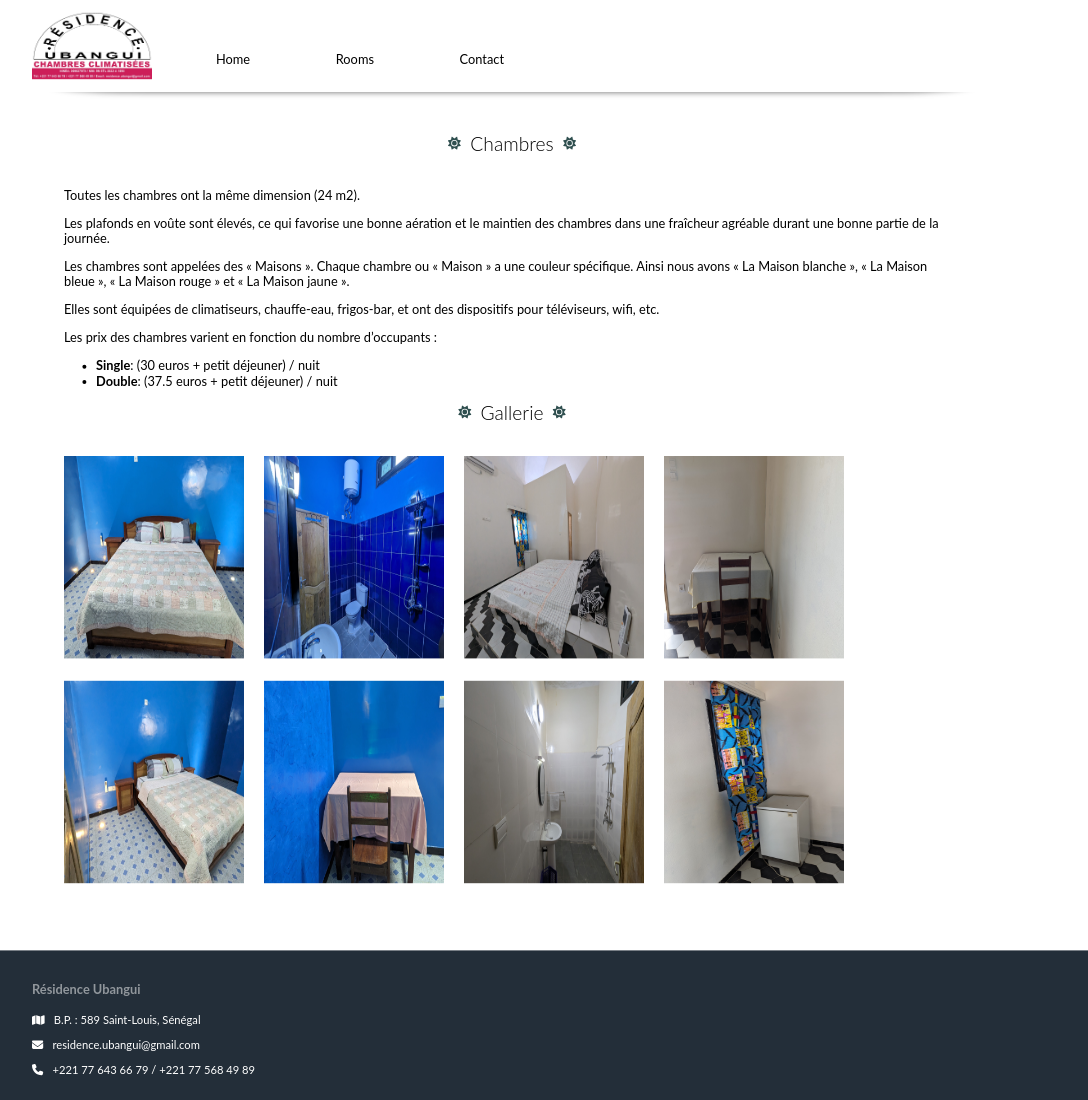
Repository: Nedjim/ubangui
Page: /rooms
An editor plug-in stored every save of this project. The page is shown before and after the next save, followed by the edit.
The browser window is 1280 px wide. The page is 1360 px wide, so the pictures cover 1360 px, including what lies to the right of the window. The pictures show the whole page, at 80% of full size.
The project was rebuilt for these pictures with package versions that can differ from the ones it lists, and the page was loaded fresh each time. The framework's server and built-in components were replaced by stand-ins that run in the browser. Also part of the build but not shown: nuxt.config.ts, components/Carousel.vue, components/Test.vue, components/Title.vue.

Above is the page before, as saved 2024-01-14 14:11:03.

### components/Footer.vue
<script setup lang="ts">
const address = "B.P. : 589 Saint-Louis, Sénégal";
const mail = "residence.ubangui@gmail.com";
const phone_number = "+221 77 643 66 79 / +221 77 568 49 89";
</script>

<template>
  <div>
    <footer>
      <h4>Résidence Ubangui</h4>

      <div class="contact">
        <p>
          <font-awesome-icon class="icon" icon="fa-solid fa-map" />
          {{ address }}
        </p>
        <p>
          <font-awesome-icon class="icon" icon="fa-solid fa-envelope" />

          {{ mail }}
        </p>
        <p>
          <font-awesome-icon class="icon" icon="fa-solid fa-phone" />
          {{ phone_number }}
        </p>
      </div>
    </footer>
  </div>
</template>

<style scoped lang="scss">
footer {
  width: 100%;
  padding: 16px 40px;
  margin-top: 80px;
  background: #232e39;
  color: rgba(255, 255, 255, 0.5);

  .contact {
    color: white;
    font-size: 14px;

    .icon {
      margin-right: 8px;
    }
  }
}
</style>

### components/Header.vue
<template>
  <header>
    <nav>
      <img class="logo" src="~/assets/img/logo.jpg" alt="logo-ubangui" />
      <ul>
        <li><NuxtLink to="/home">Home</NuxtLink></li>
        <li><NuxtLink to="/rooms">Rooms</NuxtLink></li>
        <li><NuxtLink to="/contact">Contact</NuxtLink></li>
      </ul>
    </nav>
  </header>
</template>

<style scoped lang="scss">
.logo {
  width: 150px;
}

header {
  padding: 16px 40px;
}

nav {
  display: flex;
  ul {
    width: 30%;
    display: flex;
    justify-content: space-between;
    align-items: flex-end;
    margin-left: 40px;
    li {
      list-style-type: none;
      a {
        text-decoration: none;
        color: black;
      }
    }
  }
}
</style>

### components/PageTitle.vue
<script setup lang="ts">
const {title} = defineProps<{
  title: string
}>()
</script>

<template>
  <div class="title-wrapper">
    <font-awesome-icon class="icon" icon="fa-solid fa-sun" />
    <h2>{{ title }}</h2>
    <font-awesome-icon class="icon" icon="fa-solid fa-sun" />
  </div>
</template>

<style scoped lang="scss">

.title-wrapper {
  display: flex;
  justify-content: center;
  align-items: center;

  h2 {
    margin: 0 12px;
  }
}
.icon {
  color: darkslategray;
}
</style>

### components/Separator.vue
<template>
    <div>
        <div class="separator"></div>
    </div>
</template>

<style scoped lang="scss">
.separator {
  overflow: hidden;
  height: 20px;
}

.separator:after {
  content: '';
  display: block;
  width: 90%;
  height: 30px;
  margin: -30px auto 0;
  border-radius: 120px / 10px;
  box-shadow: 0px 0px 8px rgba(0,0,0,.6);
}
</style>

### plugins/fontawesome.js
import { library, config } from '@fortawesome/fontawesome-svg-core'
import { FontAwesomeIcon } from '@fortawesome/vue-fontawesome'
import { fas } from '@fortawesome/free-solid-svg-icons'

// This is important, we are going to let Nuxt worry about the CSS
config.autoAddCss = false

// You can add your icons directly in this plugin. See other examples for how you
// can add other styles or just individual icons.
library.add(fas)

export default defineNuxtPlugin((nuxtApp) => {
  nuxtApp.vueApp.component('font-awesome-icon', FontAwesomeIcon, {})
})

### app.vue
<script setup lang="ts">
useHead({
  title: "Residence Ubangui",
  meta: [{ name: "Residence Ubangui", content: "Sénégal" }],
  bodyAttrs: {
    class: "test",
  },
});
</script>
<template>
  <div>
    <Header />
    <Separator />
    <NuxtPage />
    <Footer />
  </div>
</template>

<style lang="scss">
body {
  font-family: Lato,sans-serif;
  margin: 0;

  h2 {
    font-weight: 300;
  }
}
</style>

### pages/rooms.vue
<script setup lang="ts">
const conversion_cfa_euros = 0.0015;
const room_single_cfa = 20000;
const room_double_cfa = 25000;
const room_single_euros = `${room_single_cfa * conversion_cfa_euros} euros`;
const room_double_euros = `${room_double_cfa * conversion_cfa_euros} euros`;

const rooms_paragraph_1 = "Toutes les chambres ont la même dimension (24 m2).";
const rooms_paragraph_2 =
  "Les plafonds en voûte sont élevés, ce qui favorise une bonne aération et le maintien des chambres dans une fraîcheur agréable durant une bonne partie de la journée.";
const rooms_paragraph_3 =
  "Les chambres sont appelées des « Maisons ». Chaque chambre ou « Maison » a une couleur spécifique. Ainsi nous avons « La  Maison blanche », « La Maison bleue », « La Maison rouge » et « La Maison jaune ».";
const rooms_paragraph_4 =
  "Elles sont équipées de climatiseurs, chauffe-eau, frigos-bar,  et ont des dispositifs  pour téléviseurs, wifi, etc.";
const rooms_paragraph_5 =
  "Les prix des chambres varient en fonction du nombre  d’occupants :";

const room_single_title = "Single";
const room_single_details = `(${room_single_euros} + petit déjeuner) / nuit`;
const room_double_title = "Double";
const room_double_details = `(${room_double_euros} + petit déjeuner) / nuit`;
</script>

<template>
  <div class="rooms-wrapper">
    <PageTitle title="Chambres" />
    <div class="content">
      <p>{{ rooms_paragraph_1 }}</p>
      <p>{{ rooms_paragraph_2 }}</p>
      <p>{{ rooms_paragraph_3 }}</p>
      <p>{{ rooms_paragraph_4 }}</p>
      <p>{{ rooms_paragraph_5 }}</p>

      <ul>
        <li>
          <span class="room_title">{{ room_single_title }}</span
          >: {{ room_single_details }}
        </li>
        <li>
          <span class="room_title">{{ room_double_title }}</span
          >: {{ room_double_details }}
        </li>
      </ul>

      <PageTitle title="Gallerie" />
      <div class="gallery">
        <img src="~/assets/img/room-blue-bed-1.jpg" alt="room-blue-bed-1" />
        <img src="~/assets/img/room-blue-bed-2.jpg" alt="room-blue-bed-2" />
        <img
          src="~/assets/img/room-blue-bathroom.jpg"
          alt="room-blue-bathroom"
        />
        <img src="~/assets/img/room-blue-desk.jpg" alt="room-blue-desk" />
        <img src="~/assets/img/room-white-bed.jpg" alt="room-white-bed" />
        <img
          src="~/assets/img/room-white-bathroom.jpg"
          alt="room-white-bathroom"
        />
        <img src="~/assets/img/room-white-desk.jpg" alt="room-white-desk" />
        <img src="~/assets/img/room-white-fridge.jpg" alt="room-white-fridge" />
      </div>
    </div>
  </div>
</template>

<style scoped lang="scss">
.rooms-wrapper {
  padding: 30px 80px;

  .content {
    margin: 40px 0;

    .room_title {
      font-weight: bold;
    }

    .gallery {
      display: grid;
      grid: repeat(2, 60%) / auto-flow 250px;
      margin-top: 40px;

      img {
        width: 90%;
        height: 90%;
      }
    }
  }
}
</style>

After the next save:
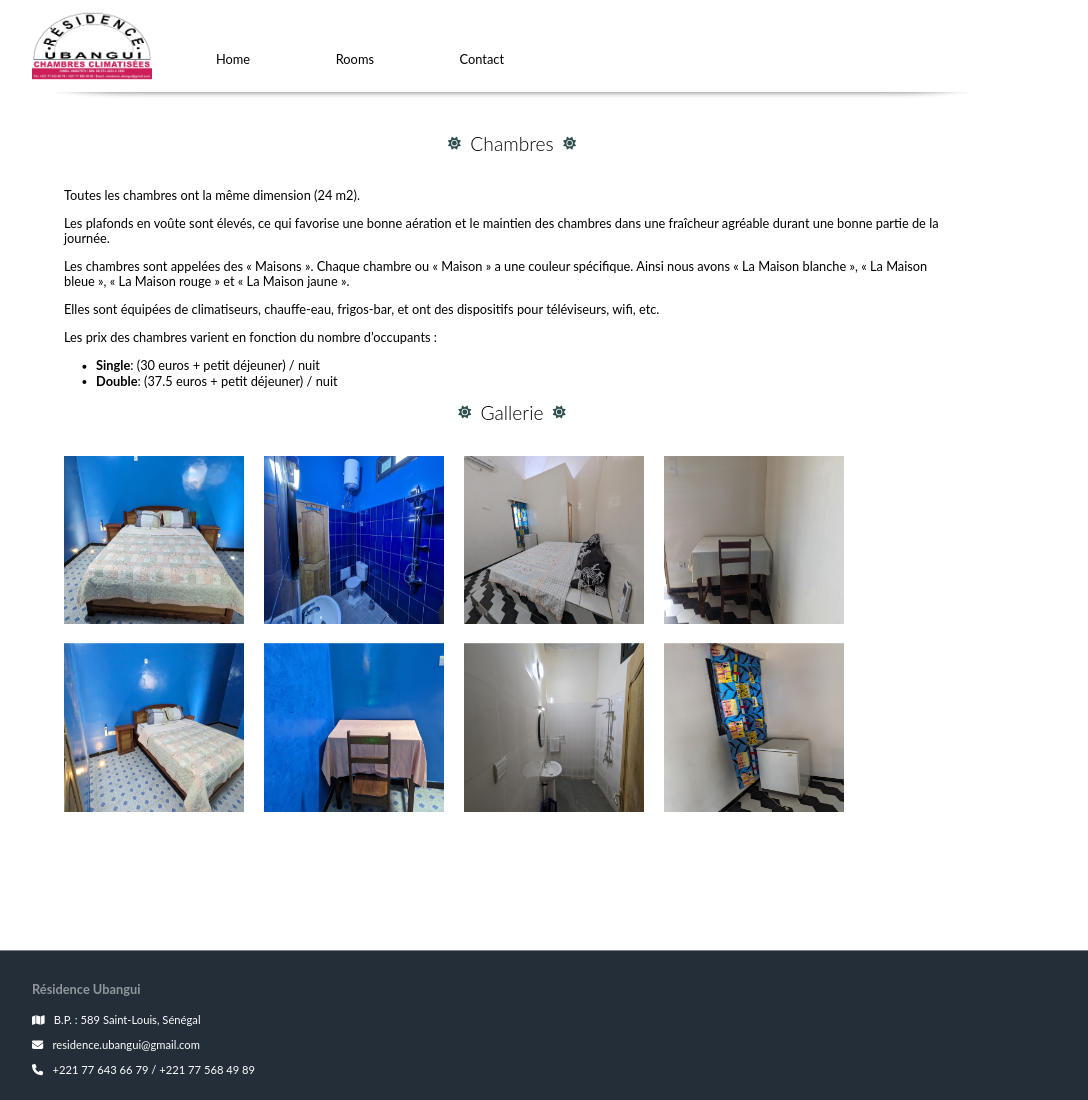
Saved 7 s later.
--- a/pages/rooms.vue
+++ b/pages/rooms.vue
@@ -76,7 +76,7 @@
 
     .gallery {
       display: grid;
-      grid: repeat(2, 60%) / auto-flow 250px;
+      grid: repeat(2, 50%) / auto-flow 250px;
       margin-top: 40px;
 
       img {
